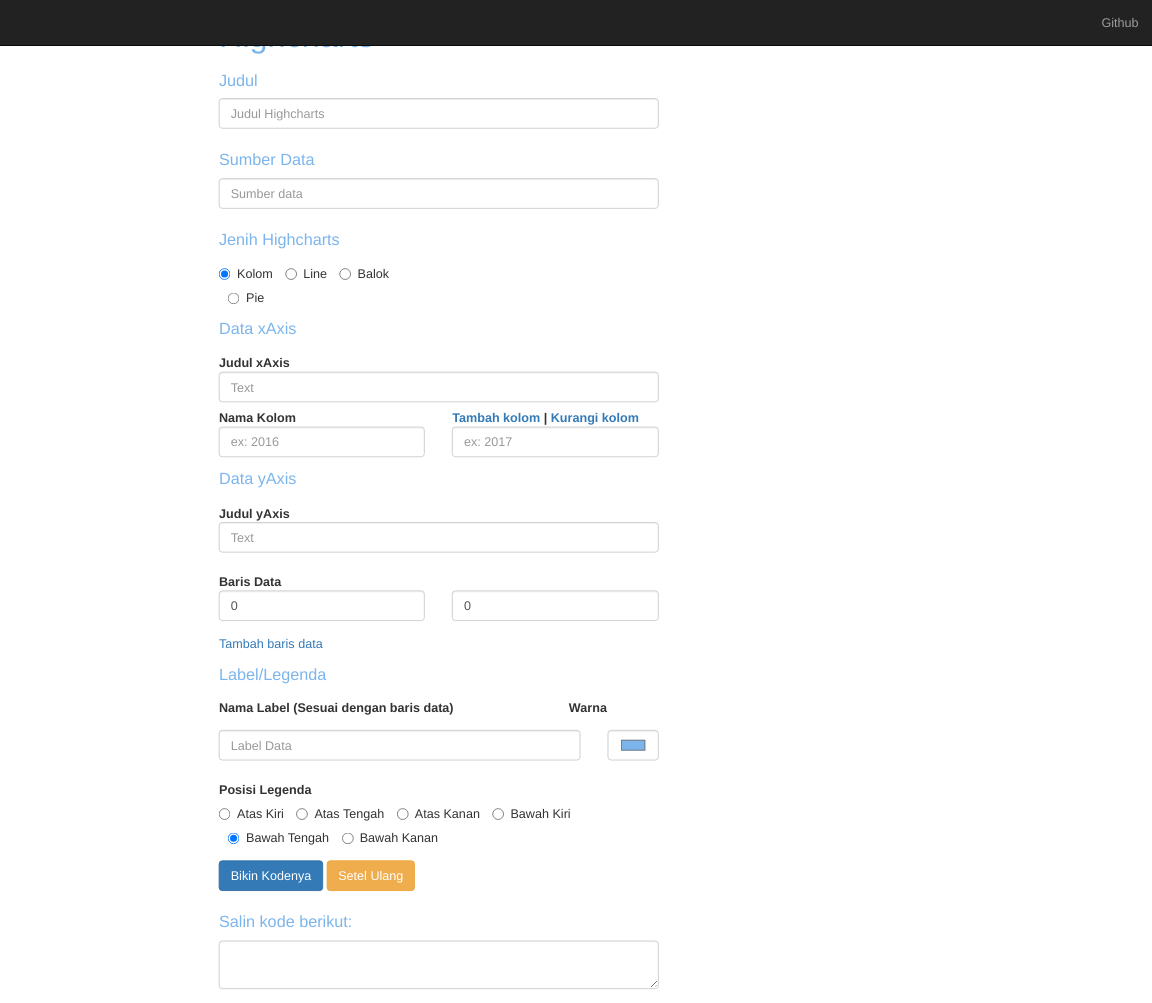
Repository: pt-kompas-media-nusantara/charts-generator
Page: index.html
The author's editor kept a record of every edit. The page is drawn from the files as they stood at one moment, then again after the next edit.
The browser window is 1280 px wide. The pictures show the whole page, at 90% of full size.
Some web libraries are served in a nearby version.

Above is the page before.

### index.html
<!DOCTYPE html>
<html>
    <head lang="en">
        <meta charset="utf-8">
        <meta name="viewport" content="width=device-width, initial-scale=1, maximum-scale=1, user-scalable=no">
        <meta http-equiv="X-UA-Compatible" content="IE=edge">
        <meta name="description" content="Penghasil bagan untuk editor Desk Multimedia Harian Kompas - Chart generator for multimedia editors of Kompas Daily, Indonesia">
        <meta name="author" content="Yosef Yudha Wijaya - https://github.com/gajayana">
        <title>Penghasil Bagan - Balok</title>
        <link rel="stylesheet" href="https://maxcdn.bootstrapcdn.com/bootstrap/3.3.5/css/bootstrap.min.css">
        <link rel="stylesheet" href="css/style.css">
        <script src="https://code.highcharts.com/highcharts.js"></script>
        <!--<script src="js/jscolor.js"></script>-->
    </head>
    <body>
        <nav class="navbar navbar-inverse navbar-fixed-top">
            <div class="container-fluid">
                <div id="navbar" class="navbar-collapse collapse">
                <ul class="nav navbar-nav navbar-right">
                    <li><a href="https://github.com/harian-kompas/chart-generator" target="_blank">Github</a></li>
                </ul>
                </div>
            </div>
        </nav>
        <div id="bar-chart" class="container-fluid">
            <div class="row">
                <div class="col-sm-10 col-sm-offset-3 col-md-10 col-md-offset-2 main">
                    <div class="col-md-12 col-sm-12">
                        <h1>Highcharts</h1>
                        <!--<h2 style="color: red; font-size: 14px;">Ada Bug di seksi custom legend, Sabar ya</h2>-->
                    </div>
                <div class="col-md-6 col-sm-6">
                    <form class="form-horizontal" id="proses-form">
                        <div class="form-group">
                            <div class="col-md-12 col-sm-12">
                                <h4>Judul</h4>
                                <input id="chart-title" name="chart-title" placeholder="Judul Highcharts" maxlength="100" class="form-control">
                            </div>
                        </div>
                        <div class="form-group">
                            <div class="col-md-12 col-sm-12">
                                <h4>Sumber Data</h4>
                                <input id="chart-data-source" name="chart-data-source" placeholder="Sumber data" maxlength="100" class="form-control">
                            </div>
                        </div>
                        <div class="form-group">
                            <div class="col-md-6 col-sm-6 col-xs-6">
                                <h4>Jenih Highcharts</h4>
                                <div>
                                    <label class="radio-inline">
                                        <input type="radio" name="jenis" value="column" checked="checked">Kolom
                                    </label>
                                    <label class="radio-inline">
                                        <input type="radio" name="jenis" value="line">Line
                                    </label>
                                    <label class="radio-inline">
                                        <input type="radio" name="jenis" value="bar">Balok
                                    </label>
                                    <label class="radio-inline">
                                        <input type="radio" name="jenis" value="pie">Pie
                                    </label>
                                </div>
                            </div>
                        </div>
                        <h4>Data xAxis</h4>
                        <div id="table-column" class="form-group">
                            <div class="col-md-12 col-sm-12">
                                <label class="control-label">Judul xAxis</label>
                                <input type="text" maxlength="25" class="form-control" id="judul_kolom" placeholder="Text" maxlength="100">
                            </div>
                            <div class="col-md-6 col-sm-6 col-xs-6">
                                <label class="control-label">Nama Kolom</label>
                            </div>
                            <div class="col-md-6 col-sm-6 col-xs-6 txt-right">
                                <label class="control-label"> <a id="btn-add-table-column" href="#">Tambah kolom</a>&nbsp;|&nbsp;<a id="btn-remove-table-column" href="#">Kurangi kolom</a></label>
                            </div>
                            <div class="col-flexible col-md-6 col-sm-6 col-xs-6">
                                <input type="text" maxlength="25" class="form-control table-column-names" placeholder="ex: 2016">
                            </div>
                            <div class="col-flexible col-md-6 col-sm-6 col-xs-6">
                                <input type="text" maxlength="25" class="form-control table-column-names" placeholder="ex: 2017">
                            </div>
                        </div>
                        <h4>Data yAxis</h4>
                        <div class="form-group">
                            <div class="col-md-12 col-sm-12">
                                <label class="control-label">Judul yAxis</label>
                                <input type="text" maxlength="25" class="form-control" id="judul_baris" placeholder="Text" maxlength="100">
                            </div>
                        </div>
                        <label class="control-label">Baris Data</label>
                        <div class="table-rows form-group series-content" id="table-row-length">
                            <div class="col-flexible col-md-6 col-sm-6 col-xs-6">
                                <input type="text" placeholder="Data/Angka" maxlength="25" class="form-control table-rows-input" value="0">
                            </div>
                            <div class="col-flexible col-md-6 col-sm-6 col-xs-6">
                                <input type="text" placeholder="Data/Angka" maxlength="25" class="form-control table-rows-input" value="0">
                            </div>
                        </div>
                        <div id="new-table-row"></div>
                        <div class="form-group">
                            <div class="col-md-12 col-sm-12 col-xs-12 txt-right"><a id="btn-add-table-row" href="#">Tambah baris data</a></div>
                        </div>
                        <h4>Label/Legenda</h4>
                        <div class="form-group">
                            <div class="col-md-9 col-sm-9 col-xs-9">
                                <label class="control-label">Nama Label (Sesuai dengan baris data)</label>
                            </div>
                            <div class="col-md-3 col-sm-3 col-xs-3">
                                <label class="control-label">Warna</label>
                            </div>

                        </div>

                        <div class="form-group legend-content" id="legend-row">
                            <div class="col-flexible col-md-10 col-sm-10 col-xs-10">
                                <input type="text" placeholder="Label Data" maxlength="25" class="form-control legend-name">
                            </div>
                            <div class="col-flexible col-md-2 col-sm-2 col-xs-2">
                                <input class="form-control jscolor" placeholder="Warna" type="color" value="#7cb5ec">
                            </div>
                        </div>
                        <div id="new-new"></div>
                        <div class="form-group">
                            <div class="col-md-12col-sm-12 col-xs-12">
                                <label class="control-label">Posisi Legenda</label>
                                <div>
                                    <label class="radio-inline">
                                        <input type="radio" name="posisilegend" value="ataskiri">Atas Kiri
                                    </label>
                                    <label class="radio-inline">
                                        <input type="radio" name="posisilegend" value="atastengah">Atas Tengah
                                    </label>
                                    <label class="radio-inline">
                                        <input type="radio" name="posisilegend" value="ataskanan">Atas Kanan
                                    </label>
                                    <label class="radio-inline">
                                        <input type="radio" name="posisilegend" value="bawahkiri">Bawah Kiri
                                    </label>
                                    <label class="radio-inline">
                                        <input type="radio" name="posisilegend" value="bawahtengah" checked="checked">Bawah Tengah
                                    </label>
                                    <label class="radio-inline">
                                        <input type="radio" name="posisilegend" value="bawahkanan">Bawah Kanan
                                    </label>
                                </div>
                            </div>
                        </div>
                        <div class="form-group">
                            <div class="col-md-12 col-sm-12 col-xs-12 txt-right">
                                <button id="btn-submit" type="submit" class="btn btn-primary">Bikin Kodenya</button>
                                <button type="reset" class="btn btn-warning">Setel Ulang</button>
                            </div>
                        </div>
                        <div class="form-group">
                            <div class="col-md-12 col-sm-12 col-xs-12">
                                <h4>Salin kode berikut:</h4>
                            </div>
                            <div class="col-md-12 col-sm-12 col-xs-12">
                                <textarea id="chart-code" class="form-control"></textarea>
                            </div>
                        </div>
                    </form>
                </div>
                <div class="col-md-6 col-sm-6 sticky">
                    <div id="result"></div>
                    <p style="display: block; width:100%; font-size: 11px; color: #949494; padding:5px 0; margin:0;"></p>
                </div>
                </div>
            </div>
        </div>
        <script src="https://cdnjs.cloudflare.com/ajax/libs/jquery/3.2.1/jquery.js" type="text/javascript"></script>
        <script src="https://www.google.com/jsapi" type="text/javascript"></script>
        <script src="js/build-chart.js" type="text/javascript"></script>
    </body>
</html>

### css/style.css
h1, h4{
    color: #7cb5ec;
}
.container-custom{
    width: 1440px;
    margin: 0 auto;
}
.btn-absolute{
    position: absolute;
    z-index: 3;
}

h4 span{
    font-size: 16px;
    color: #000;
    font-weight: 300;
}
.nav-link img{
    width: 24px;
}
.nav-link{
    cursor: pointer;
}
.nav-link.active{
    background-color: #f8f9fa;
}
.check-status{
    display: none;
}
.check-status.active{
    display: block;
}

Loaded but not shown: js/build-chart.js (446 lines, source omitted)

After the next edit:
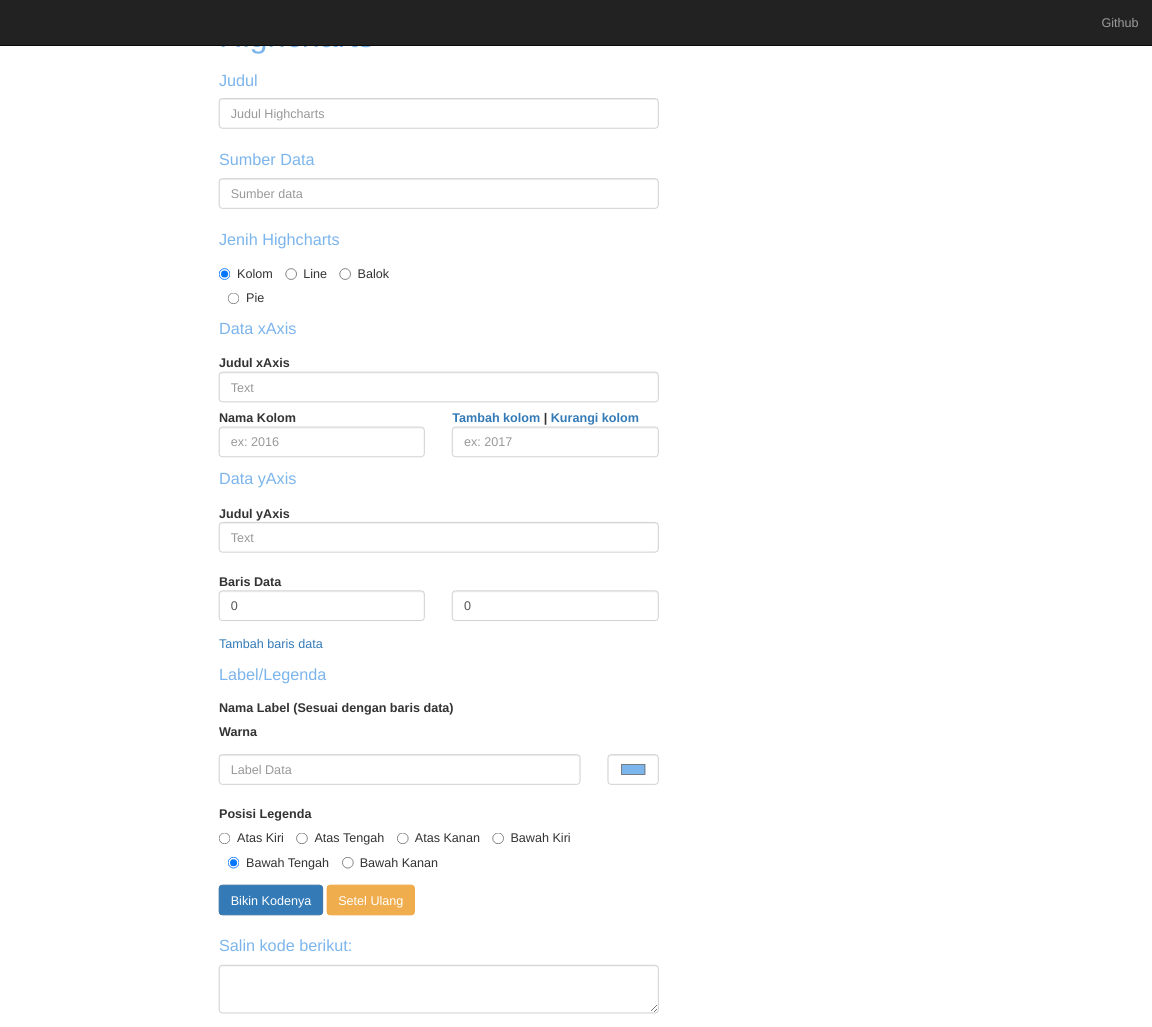
The edit:
--- a/index.html
+++ b/index.html
@@ -103,7 +103,7 @@
                         </div>
                         <h4>Label/Legenda</h4>
                         <div class="form-group">
-                            <div class="col-md-9 col-sm-9 col-xs-9">
+                            <div class="col-md-10 col-sm-10 col-xs-10">
                                 <label class="control-label">Nama Label (Sesuai dengan baris data)</label>
                             </div>
                             <div class="col-md-3 col-sm-3 col-xs-3">

After the edit that followed:
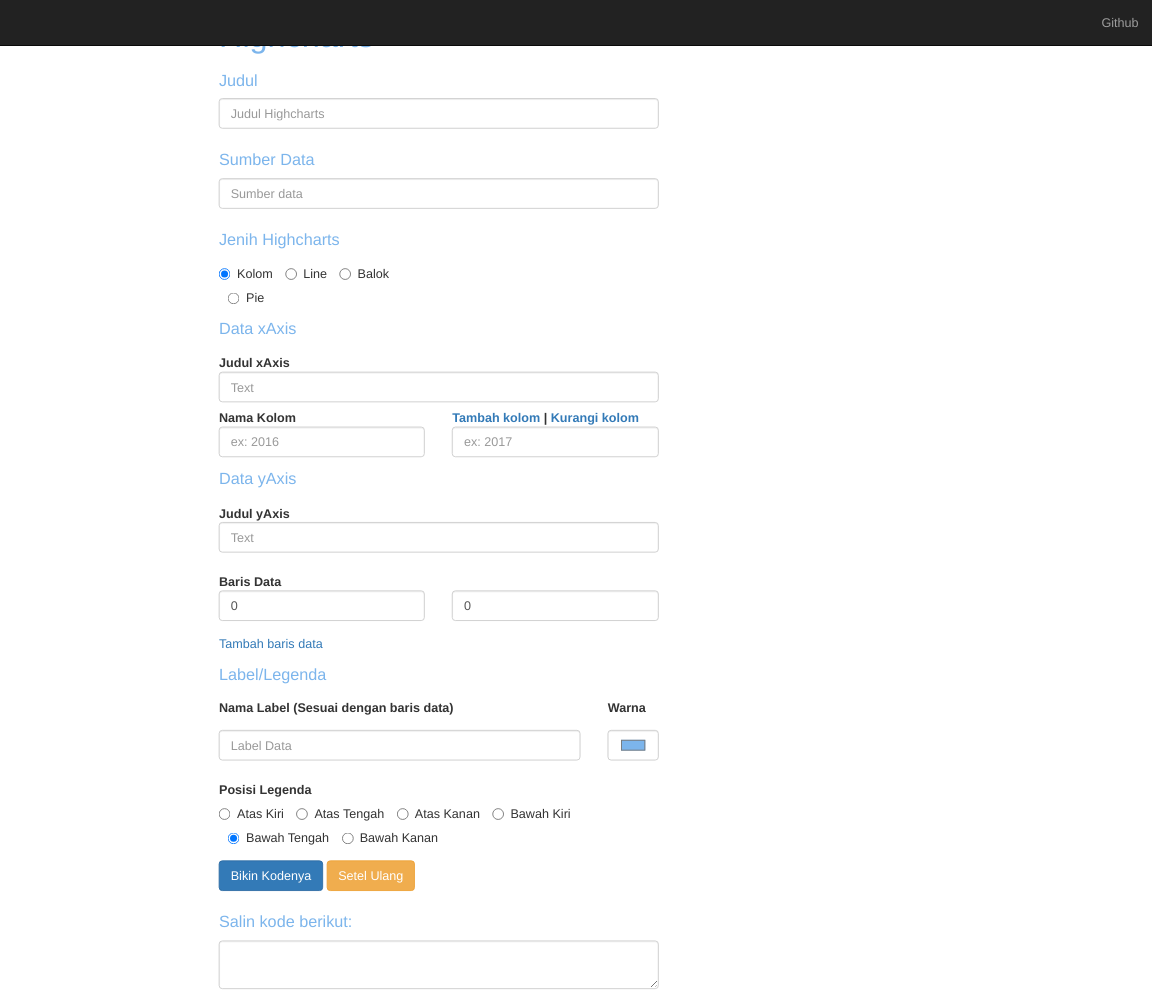
The edit:
--- a/index.html
+++ b/index.html
@@ -106,7 +106,7 @@
                             <div class="col-md-10 col-sm-10 col-xs-10">
                                 <label class="control-label">Nama Label (Sesuai dengan baris data)</label>
                             </div>
-                            <div class="col-md-3 col-sm-3 col-xs-3">
+                            <div class="col-md-2 col-sm-2 col-xs-2">
                                 <label class="control-label">Warna</label>
                             </div>
 
